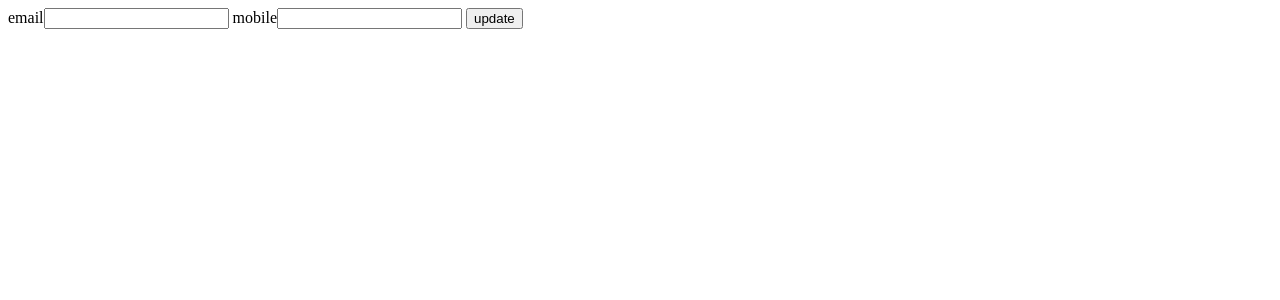
Repository: anujkumar163/Tom_cad
Page: http://localhost/student_app/update
The author's editor kept a copy of each file at every save. The page is drawn from the files as they stood at one save, then again after the next save.
The browser window is 1280 px wide. The pictures show the whole page.
The page is served by Tomcat 9. Other server files are loaded and not shown.

Above is the page before, as saved 2022-06-10 09:49:57.

### student_app/src/main/webapp/update.jsp
<%@ page language="java" contentType="text/html; charset=ISO-8859-1"
    pageEncoding="ISO-8859-1"%>
<!DOCTYPE html>
<html>
<head>
<meta charset="ISO-8859-1">
<title>Insert title here</title>
</head>
<body>
	<form >
	email<input type="text" name="email">
	mobile<input type="text" name="mobile">
	<input type="submit" value="update">
	</form>

</body>
</html>

### student_app/src/main/java/com/student_app/controller/UpdateController.java
package com.student_app.controller;

import java.io.IOException;

import javax.servlet.RequestDispatcher;
import javax.servlet.ServletException;
import javax.servlet.annotation.WebServlet;
import javax.servlet.http.HttpServlet;
import javax.servlet.http.HttpServletRequest;
import javax.servlet.http.HttpServletResponse;


@WebServlet("/update")
public class UpdateController extends HttpServlet {
	private static final long serialVersionUID = 1L;


    public UpdateController() {
        super();

    }

	protected void doGet(HttpServletRequest request, HttpServletResponse response) throws ServletException, IOException {
		String email = request.getParameter("email");
		String mobile = request.getParameter("mobile");
		//showing this date get from listall registr email, mobile in update page

		request.setAttribute("email", email);
		request.setAttribute("mobile", mobile);

		RequestDispatcher rd = request.getRequestDispatcher("update.jsp");
		rd.forward(request, response);
	}


	protected void doPost(HttpServletRequest request, HttpServletResponse response) throws ServletException, IOException {


	}

}

After the next save:
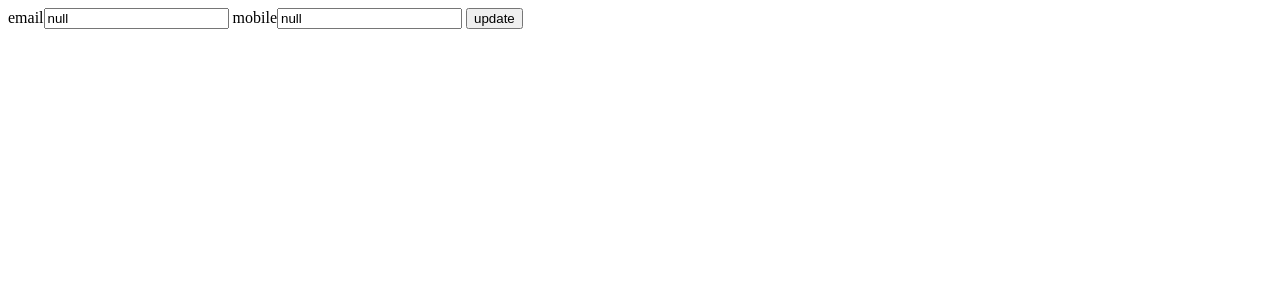
Saved 3 min 50 s later.
--- a/student_app/src/main/webapp/update.jsp
+++ b/student_app/src/main/webapp/update.jsp
@@ -8,8 +8,8 @@
 </head>
 <body>
 	<form >
-	email<input type="text" name="email">
-	mobile<input type="text" name="mobile">
+	email<input type="text" name="email" value="<%=request.getAttribute("email") %>">
+	mobile<input type="text" name="mobile" value="<%=request.getAttribute("mobile") %>">
 	<input type="submit" value="update">
 	</form>
 
